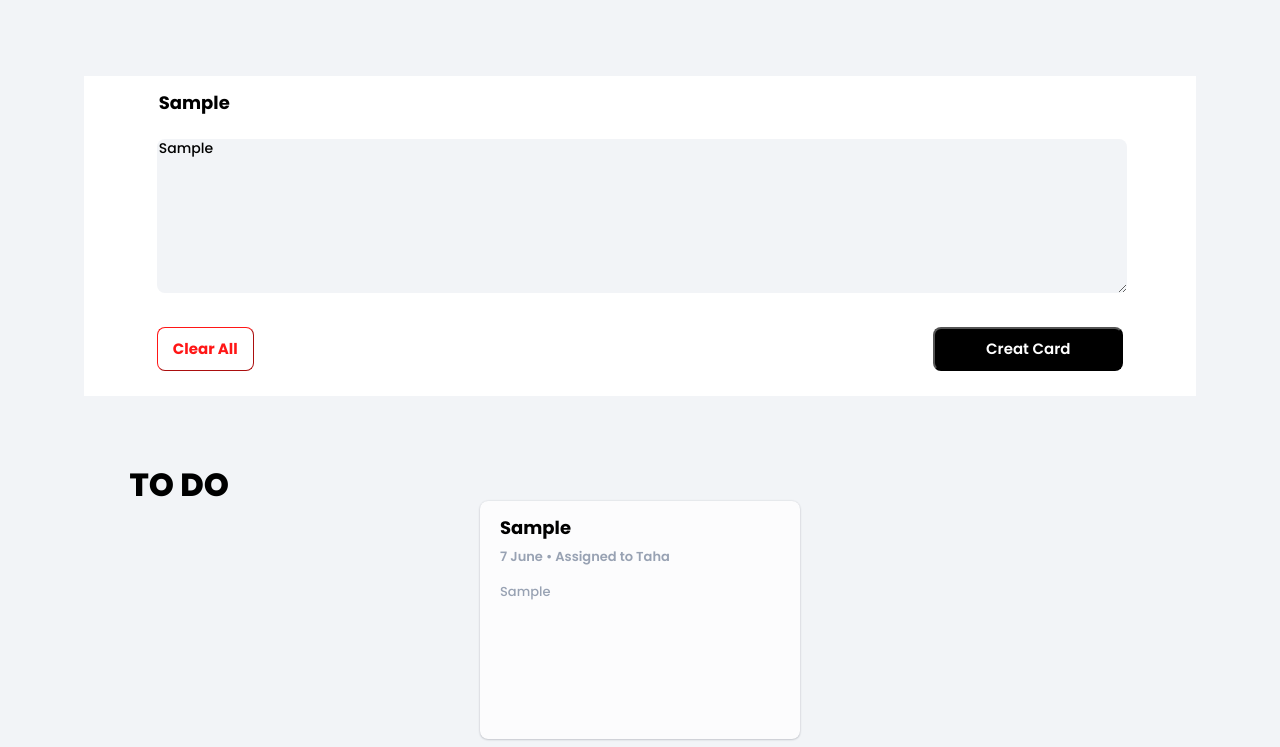
Repository: ReyhanehRahmani/TO-DO
Page: index.html
These files come from the project's save history. The page is drawn as it stood at one moment and after the next save; the edit follows.
The browser window is 1280 px wide. The pictures show the whole page.
Empty fields were first filled with sample values (such as "Sample", 5 or name@example.com).
After loading, the first visible `#creatbut` was clicked once.
Some web fonts or font styles are not loaded; a fallback is used.

Above is the page before, as saved 2025-06-08 12:11:13.

After the next save:
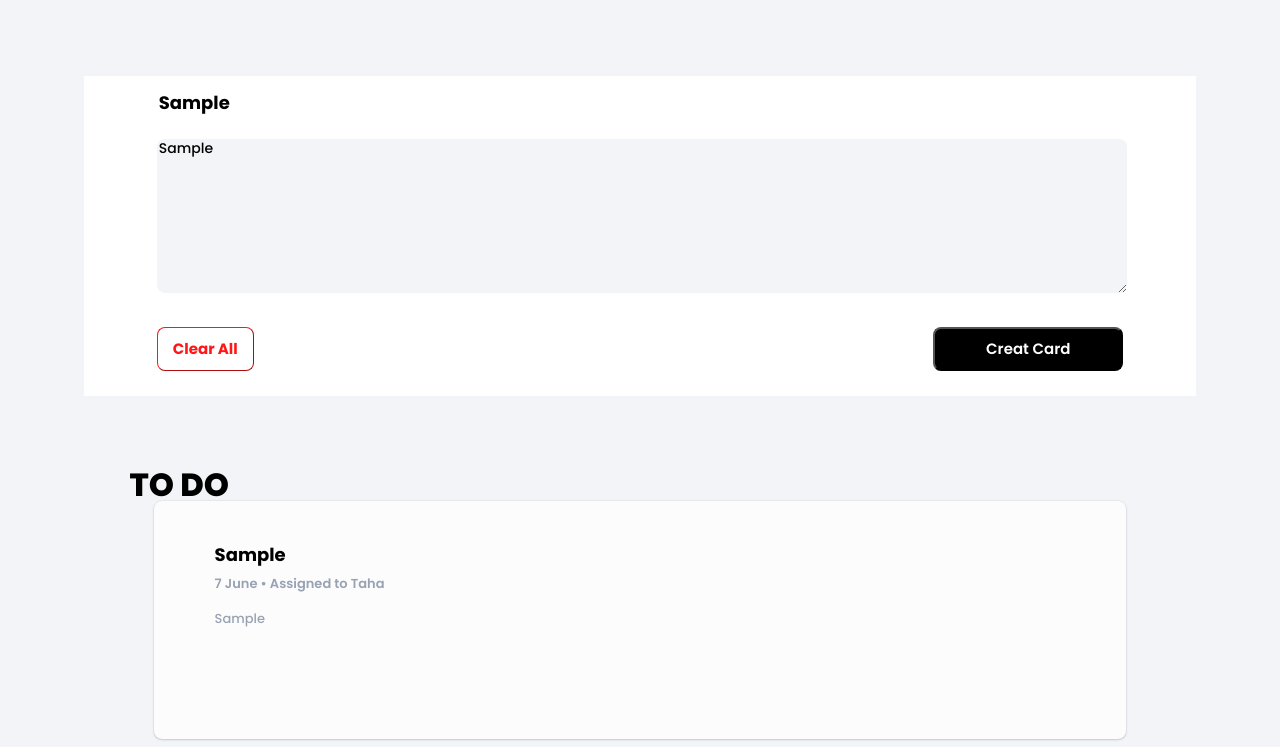
Saved 42 s later.
--- a/style.css
+++ b/style.css
@@ -106,7 +106,7 @@ body{
 
 
 .card {
-    width: 320px;
+    width: 76.923076923%;
     height: 238px;
     border-radius: 8px;
     background: #FCFCFD;
